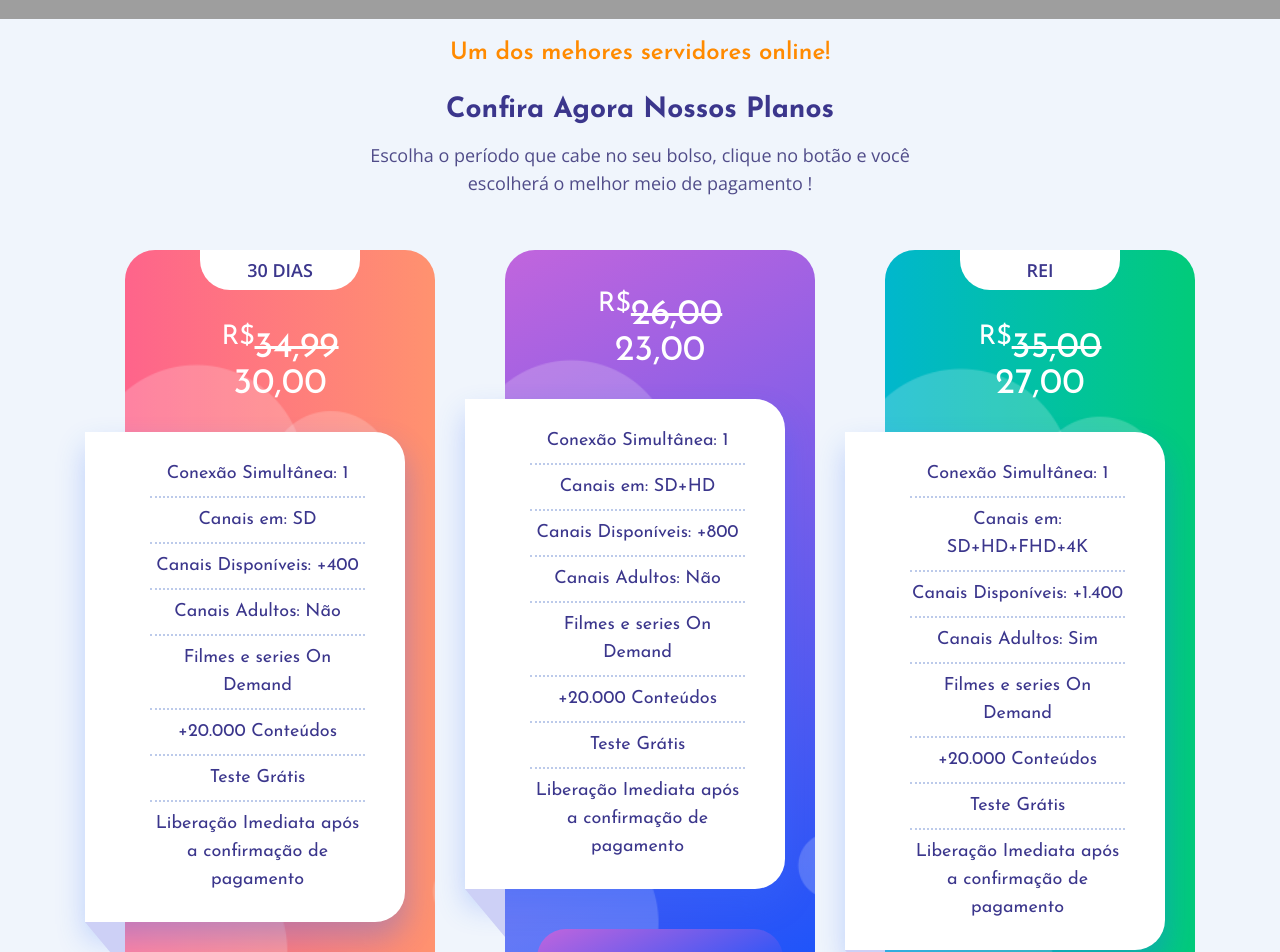
Repository: ontvplay/on
Page: stmdigitalpro.com/index11f1.html
These files come from the project's save history. The page is drawn as it stood at one moment and after the next save; the edit follows.
The browser window is 1280 px wide. The pictures show the part of the page from y = 823 to 1775 px (the page is 3127 px tall).
Pictures or frames that could not be fetched are drawn as grey boxes.

Above is the page before, as saved 2022-10-31 17:22:14.
Console error: SyntaxError: Unexpected token '<'

After the next save:
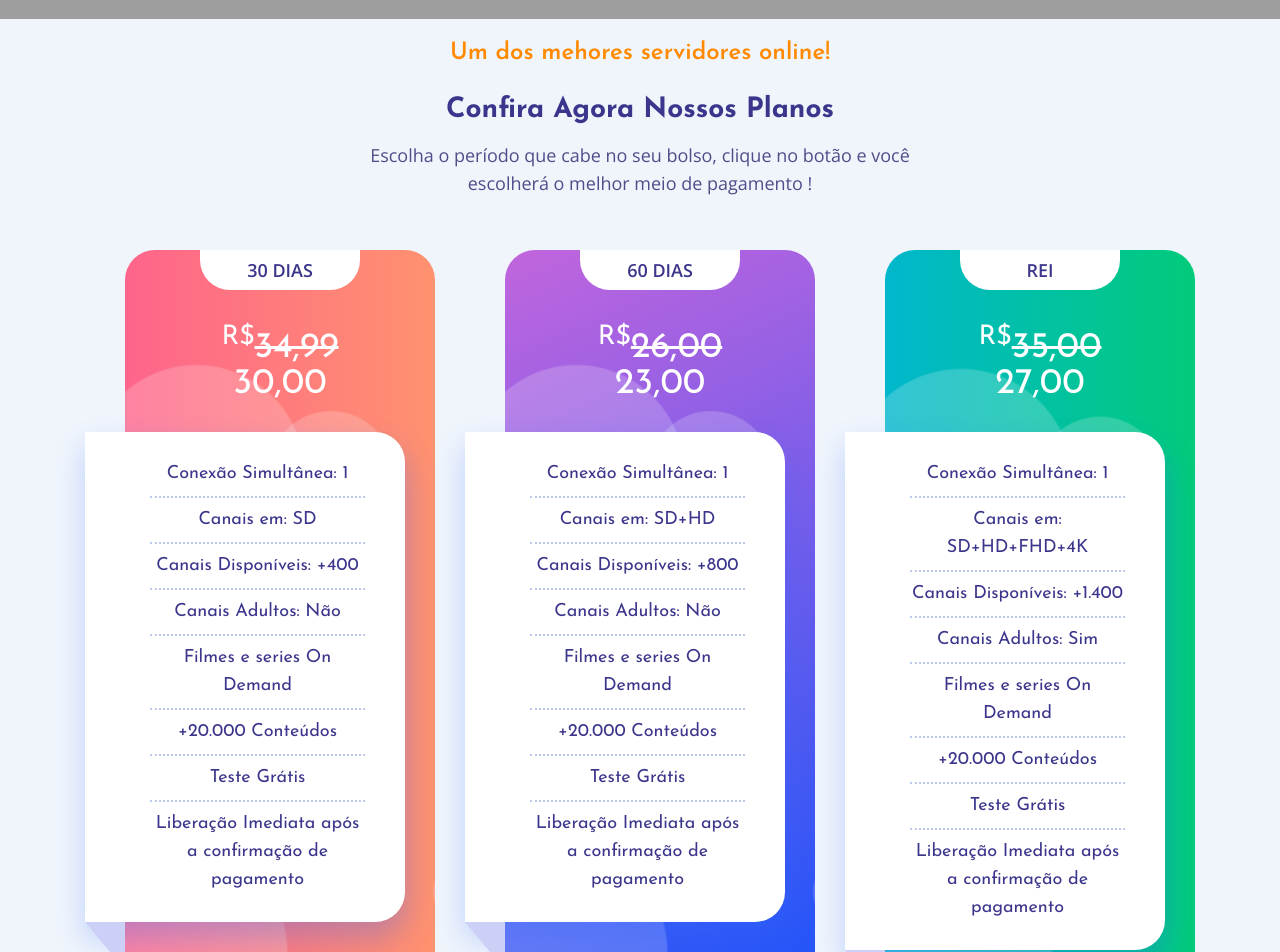
Saved 4 s later.
--- a/stmdigitalpro.com/index11f1.html
+++ b/stmdigitalpro.com/index11f1.html
@@ -161,7 +161,7 @@ height="0" width="0" style="display:none;visibility:hidden"></iframe></noscript>
                             <div class="col-lg-4 col-md-6 col-sm-10">
                                 <div class="pricing-item-20">
                                     <div class="pricing-header">
-                                        <span class="name"></span>
+                                        <span class="name">60 DIAS</span>
                                         <h3 class="price"><sup>R$</sup><s>26,00</s><br>23,00</br></h3>
                                     </div>
                                     <div class="pricing-body">
